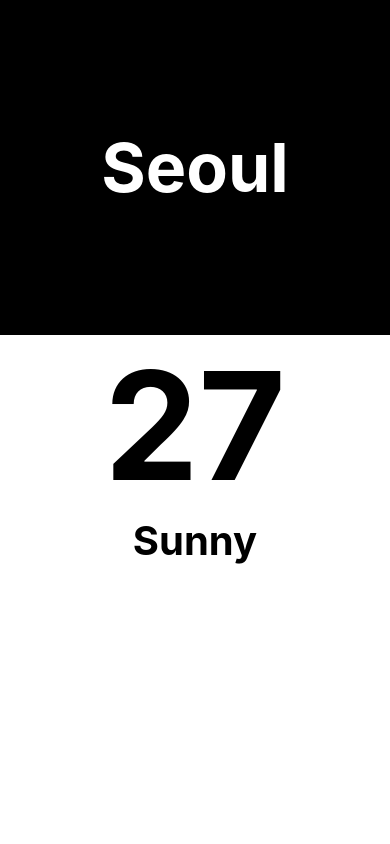
Repository: NewTurn2017/React-Native-Weather-App
Screen: /
An editor plug-in stored every save of this project. The screen is shown before and after the next save, followed by the edit.
The app was drawn by React Native's web renderer in a window 390 px wide. The project was rebuilt for these pictures with package versions that can differ from the ones it lists, and the page was loaded fresh each time.

Above is the screen before, as saved 2023-04-21 12:01:48.

After the next save:
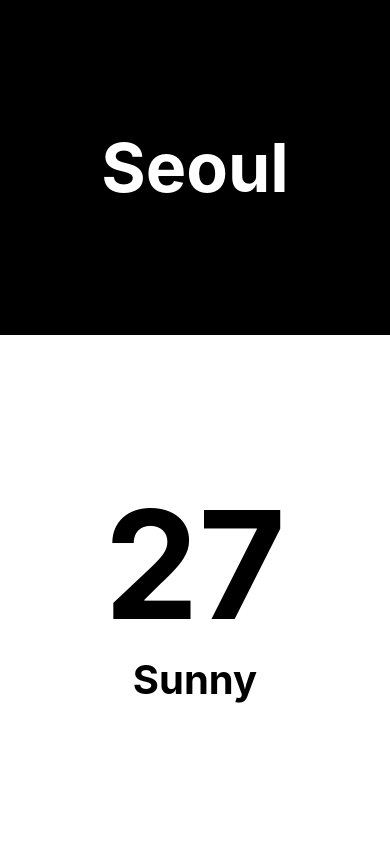
Saved 52 s later.
--- a/App.js
+++ b/App.js
@@ -58,6 +58,8 @@ const styles = StyleSheet.create({
   },
   weather: {
     backgroundColor: 'white',
+    // center
+    alignItems: 'center',
   },
   day: {
     width: SCREEN_WIDTH,
